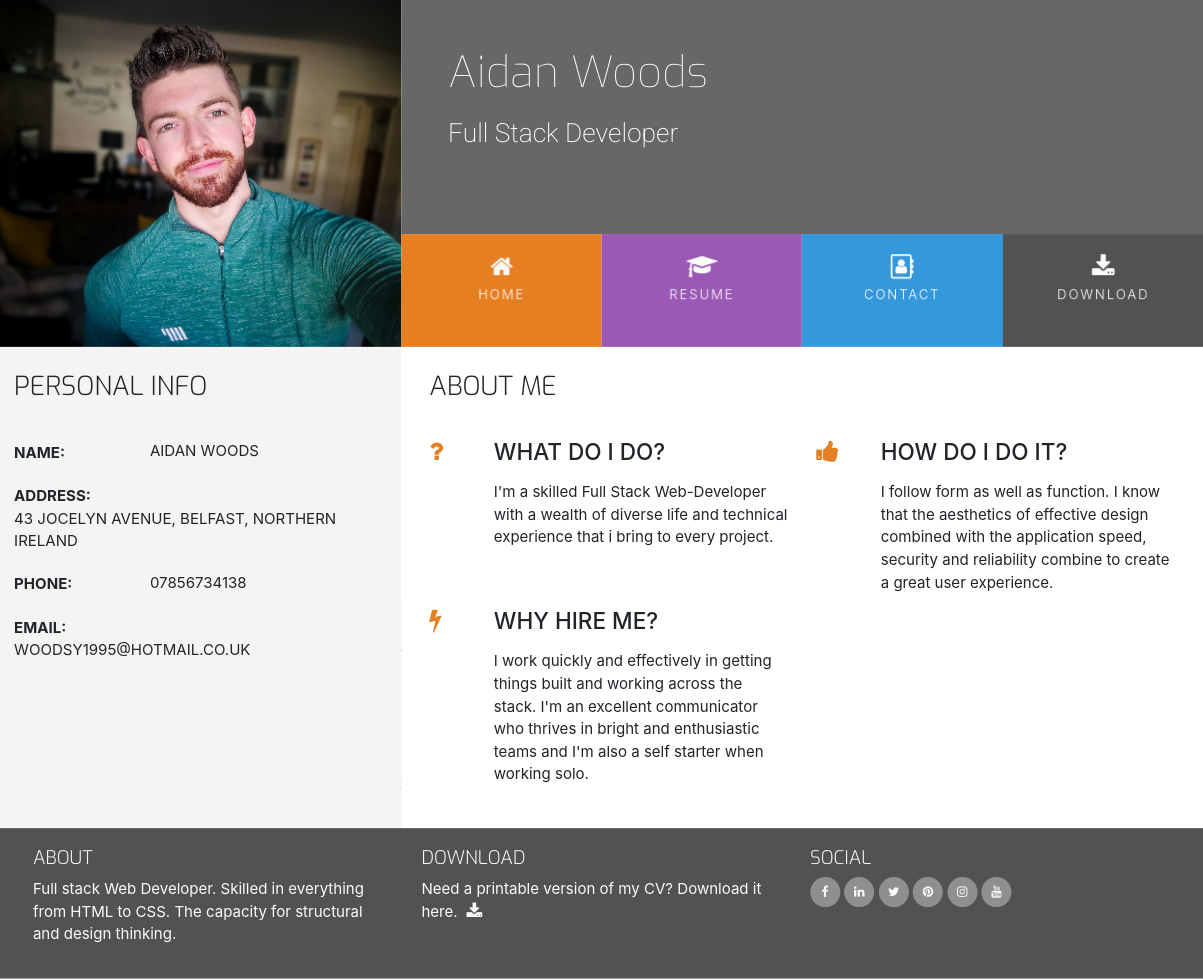
Repository: woodsyboi/Resume
Page: index.html
The author's editor kept a record of every edit. The page is drawn from the files as they stood at one moment, then again after the next edit.
The browser window is 1280 px wide. The pictures show the whole page, at 94% of full size.

Above is the page before.

### index.html
<!DOCTYPE html>
<html lang="en">

<head>
    <meta charset="UTF-8">
    <meta name="viewport" content="width=device-width, initial-scale=1.0">
    <meta http-equiv="X-UA-Compatible" content="ie=edge">
    <link rel="stylesheet" href="https://stackpath.bootstrapcdn.com/bootstrap/4.3.1/css/bootstrap.min.css" type="text/css" />
    <link rel="stylesheet" href="https://stackpath.bootstrapcdn.com/font-awesome/4.7.0/css/font-awesome.min.css" type="text/css" />
    <link rel="stylesheet" href="https://cdnjs.cloudflare.com/ajax/libs/hover.css/2.3.1/css/hover-min.css
" type="text/css" />
    <link rel="stylesheet" href="assets/css/style.css" type="text/css" />
    <title>Aidan</title>
</head>

<body>
    <header>
        <div class="row no-gutters">
            <a href="index.html" class="col-md-4 logo">

            </a>
            <div class="col-md-8">
                <div class="row no-gutters bg-color-name-title">
                    <div class="col heading">
                        <h1 class="name">Aidan Woods</h1>
                        <h2 class="title">Full Stack Developer</h2>
                    </div>

                </div>
                <div class="row no-gutters">
                    <div class="col">
                        <ul id="nav" class="list-inline menucontainer">
                            <li class="col-6 col-sm-3 ui-menu-color-home list-inline-item menuitem">
                                <a href="#" class="hvr-sweep-to-bottom"><i class="fa fa-home"></i><span>Home</span></a>
                            </li>
                            <li class="col-6 col-sm-3 ui-menu-color-resume list-inline-item menuitem">
                                <a href="#" class="hvr-sweep-to-bottom"><i class="fa fa-graduation-cap"></i><span>Resume</span></a>
                            </li>
                            <li class="col-6 col-sm-3 ui-menu-color-contact list-inline-item menuitem">
                                <a href="#" class="hvr-sweep-to-bottom"><i class="fa fa-address-book-o"></i><span>Contact</span></a>
                            </li>
                            <li class="col-6 col-sm-3 ui-menu-color-download list-inline-item menuitem">
                                <a href="#" class="hvr-sweep-to-bottom"><i class="fa fa-download"></i><span>Download</span></a>
                            </li>
                        </ul>
                    </div>
                </div>

            </div>
        </div>
    </header>

    <section class="container-fluid">

        <div class="row ">
            <div class="col-md-4 bg-color-personal-info section-coloum">
                <div class="row">
                    <div class="col-12">
                        <h3 class="section-heading uppercase">
                            Personal Info
                        </h3>
                    </div>
                </div>
                <div class="personal-info-item">
                    <div class="key">
                        <p class="uppercase">
                            Name:
                        </p>
                    </div>
                    <div class="value">
                        <p class="uppercase">
                            Aidan Woods
                        </p>
                    </div>
                </div>
                <div class="personal-info-item">
                    <div class="key">
                        <p class="uppercase">
                            Address:
                        </p>
                    </div>
                    <div class="value">
                        <p class="uppercase">
                            43 Jocelyn Avenue, Belfast, Northern Ireland
                        </p>
                    </div>
                </div>
                <div class="personal-info-item">
                    <div class="key">
                        <p class="uppercase">
                            Phone:
                        </p>
                    </div>
                    <div class="value">
                        <p class="uppercase">
                            07856734138
                        </p>
                    </div>
                </div>
                <div class="personal-info-item">
                    <div class="key">
                        <p class="uppercase">
                            Email:
                        </p>
                    </div>
                    <div class="value">
                        <p class="uppercase">
                            woodsy1995@hotmail.co.uk
                        </p>
                    </div>
                </div>
            </div>
            <div class="col-md-8 bg-color-three-reasons section-column">
                <div class="row">
                    <div class="col">
                        <h3 class="section-heading uppercase">About Me</h3>
                    </div>
                </div>
                <div class="row">
                    <div class="col-10 offset-1 offset-sm-0 col-sm-4 col-md-6">
                        <div class="row">
                            <div class="col-2">
                                <i class="three-reasons-icon fa fa-question" aria-hidden="true"></i>
                            </div>
                            <div class="col-10">
                                <h4 class="three-reasons-heading uppercase"> What do I do?</h4>
                                <p>
                                    I'm a skilled Full Stack Web-Developer with a wealth of diverse life and technical experience that i bring to every project.
                                </p>
                            </div>
                        </div>
                    </div>
                    <div class="col-10 offset-1 offset-sm-0 col-sm-4 col-md-6">
                        <div class="row">
                            <div class="col-2">
                                <i class="three-reasons-icon fa fa-thumbs-up" aria-hidden="true"></i>
                            </div>
                            <div class="col-10">
                                <h4 class="three-reasons-heading uppercase"> How Do I Do It?</h4>
                                <p>
                                    I follow form as well as function. I know that the aesthetics of effective design combined with the application speed, security and reliability combine to create a great user experience.

                                </p>
                            </div>
                        </div>
                    </div>
                    <div class="col-10 offset-1 offset-sm-0 col-sm-4 col-md-6">
                        <div class="row">
                            <div class="col-2">
                                <i class="three-reasons-icon fa fa-bolt" aria-hidden="true"></i>
                            </div>
                            <div class="col-10">
                                <h4 class="three-reasons-heading uppercase"> Why Hire Me?</h4>
                                <p>
                                    I work quickly and effectively in getting things built and working across the stack. I'm an excellent communicator who thrives in bright and enthusiastic teams and I'm also a self starter when working solo.
                                </p>
                            </div>
                        </div>
                    </div>


                </div>
            </div>
        </div>

    </section>


    <footer class="container-fluid">
        <div id="footer-details" class="row">
            <div class="col-sm-4">
                <h5 class="uppercase general-sub">About</h5>
                <p class="inline-block">
                    Full stack Web Developer. Skilled in everything from HTML to CSS. The capacity for structural and design thinking.</p>

            </div>
            <div class="col-sm-4">
                <h5 class="uppercase general-sub">Download</h5>
                <p class="inline-block">
                    Need a printable version of my CV? Download it here.
                    <a href="#" target="_blank" class="cv-pdf">
                        <i class="fa fa-download" aria-hidden="true"></i>
                        <span class="sr-only"> Download Link.</span>
                    </a>
                </p>

            </div>
            <div class="col-sm-4">
                <h5 class="uppercase general-sub">Social</h5>
                <ul class="list-inline social-links">
                    <li class="list-inline-item">
                        <a target="_blank" href="#">
                            <i class="fa fa-facebook" aria-hidden="true"></i>
                            <span class="sr-only">Facebook</span>
                        </a>
                    </li>
                    <li class="list-inline-item">
                        <a target="_blank" href="#">
                            <i class="fa fa-linkedin" aria-hidden="true"></i>
                            <span class="sr-only">LinkedIn</span>
                        </a>
                    </li>
                    <li class="list-inline-item">
                        <a target="_blank" href="#">
                            <i class="fa fa-twitter" aria-hidden="true"></i>
                            <span class="sr-only">Twitter</span>
                        </a>
                    </li>
                    <li class="list-inline-item">
                        <a target="_blank" href="#">
                            <i class="fa fa-pinterest" aria-hidden="true"></i>
                            <span class="sr-only">Pinterest</span>
                        </a>
                    </li>
                    <li class="list-inline-item">
                        <a target="_blank" href="#">
                            <i class="fa fa-instagram" aria-hidden="true"></i>
                            <span class="sr-only">Instagram</span>
                        </a>
                    </li>
                    <li class="list-inline-item">
                        <a target="_blank" href="#">
                            <i class="fa fa-youtube" aria-hidden="true"></i>
                            <span class="sr-only">YouTube</span>
                        </a>
                    </li>
                </ul>

            </div>
        </div>
    </footer>

</body>

</html>

### assets/css/style.css
@import url('https://fonts.googleapis.com/css?family=Roboto:100,200,300,400,500,600,700|Exo:100,200,300,400,500,600,700');


/*------------------------------Colors--------*/

.bg-color-name-title {
    background-color: #676767;
}


.bg-color-three-reasons {
    background-color:#fff;
}

.bg-color-personal-info {
    background-color: #f4f4f4;
}

.ui-menu-color-home {
    background-color: #e67e22;

}

.ui-menu-color-resume {
    background-color: #9b59b6;

}

.ui-menu-color-contact {
    background-color: #3498db;

}

.ui-menu-color-download {
    background-color: #525252;

}


/*----------------------------special paddings/margins/text*/

h1,
h2,
h3,
h4 {
    margin: 0;
}

.uppercase {
    text-transform: uppercase;
}

.general-sub {
    font-family:"Exo", sans-serif;
    font-weight: 300;
    color: #fafafa;
}

.inline-block{
    display:inline-block;
}

.row-table {
    display:table;
}

.section-column {
    display:table-cell;
    padding:0 30px 30px;
    float:none;
}

.section-heading{
    font-family:"Exo", sans-serif;
    font-weight: 300;
    margin-top: 25px;
    margin-bottom: 40px;
}
/*-------------------------------Heading--------*/

header {

    margin: 0;

}

.heading {
    margin-left: 50px;

}

.logo {
    background: url("../images/my_face.jpg");
    background-position: center;
    background-repeat: no-repeat;
    background-size: cover;
    min-height: 360px;
    transition: all .5s ease-in-out;
    -moz-transition: all .5s ease-in-out;
    -webkit-transition: all .5s ease-in-out;
}

.name {
    font-family: "Exo", sans-serif;
    font-weight: 100;
    font-size: 46px;
    margin-top: 50px;
    color: #fff;

}

.title {
    font-family: "Roboto", sans-serif;
    font-weight: 200;
    font-size: 28px;
    margin-top: 20px;
    margin-bottom: 90px;
    color: #fff;

}

.list-inline-item:not(:last-child) {
    margin: 0;
}

.menucontainer {
    font-size: 0;
}

#nav {
    margin: 0;
}

#nav li {
    font-size: 14px;
    padding: 0;
}


.menuitem {
    height: 120px;
    text-align: center;
    padding: 0;

}

.menuitem a {
    width: 100%;
    text-decoration: none;
    color: #fff;
    height: 120px;

}

.menuitem a i {
    padding-top: 22px;
    display: block;
    color: #fafafa;
    font-size: 26px;


}

.menuitem span {
    display: block;
    width: 100%;
    padding-top: 5px;
    text-align: center;
    text-transform: uppercase;
    font-size: 14px;
    font-weight: 300;
    letter-spacing: 2px;

}



/*----------------------------hover*/

.hvr-sweep-to-bottom:before {
    background-color: rgba(0, 0, 0, 0.2);
    height: 120px;

}


/*-------------------------------footer--------*/

footer{
    background-color: #525252;
    color:#fafafa;
    min-height: 120px;
}


.cv-pdf i{
   font-size: 18px;
   color: #fafafa;
   text-align: center;
   padding-left: 5px;
   transition: all 0.35s ease-in-out;
   -moz-transition: all 0.35s ease-in-out;
   -webkit-transition: all 0.35s ease-in-out;
   -o-transition: all 0.35s ease-in-out;

}

.cv-pdf i:hover {
    color:#e84710;
}

.social-links{
    padding-bottom: 15px;
}

.social-links li a i {
    width:32px;
    height:32px;
    padding:12px 0;
    border-radius:50%;
    font-size: 13px;
    line-height: 7px;
    text-align:center;
    color:#fafafa;
    background:#8f8f8f;
    transition: all 0.35s ease-in-out;
   -moz-transition: all 0.35s ease-in-out;
   -webkit-transition: all 0.35s ease-in-out;
   -o-transition: all 0.35s ease-in-out;

}

.social-links li a i:hover {
    background:#e84710;
}

#footer-details {
    padding:20px;
}

/*-------------------------------Three reasons--------*/

.three-reasons-icon {
    font-size:26px;
    color: #e67e22;
}

.three-reasons-heading {
    margin-bottom: 15px;
}

/*------------------------------Personal Info--------*/

.personal-info-item {
    margin-bottom:20px;
    display: block;
    clear: both;
}

.personal-info-item .key,
.personal-info-item .value {
    padding-right:8px;
    display:inline-block;

}

.personal-info-item .key p,
.personal-info-item .value p{
    margin:0;
}

.personal-info-item .key{
    width:30%;
    margin-right:21px;
    padding-top:2px;
    vertical-align:top;
}

.personal-info-item .key p {
    font-weight: 700;
}

.personal-info-item .value{

}

After the next edit:
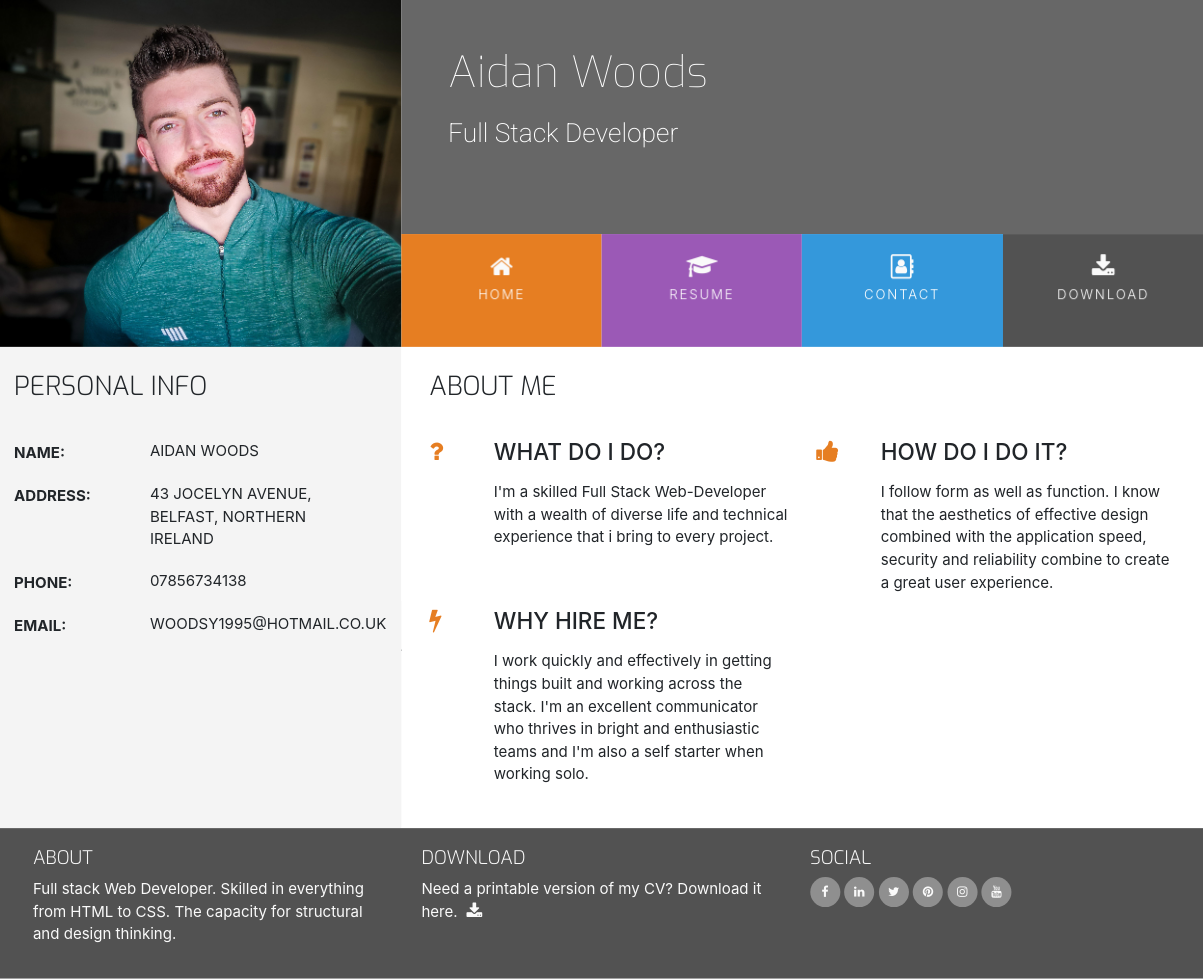
The edit:
--- a/assets/css/style.css
+++ b/assets/css/style.css
@@ -281,5 +281,6 @@
 }
 
 .personal-info-item .value{
-
-}
+    position: relative;
+    width: 60%;
+}
